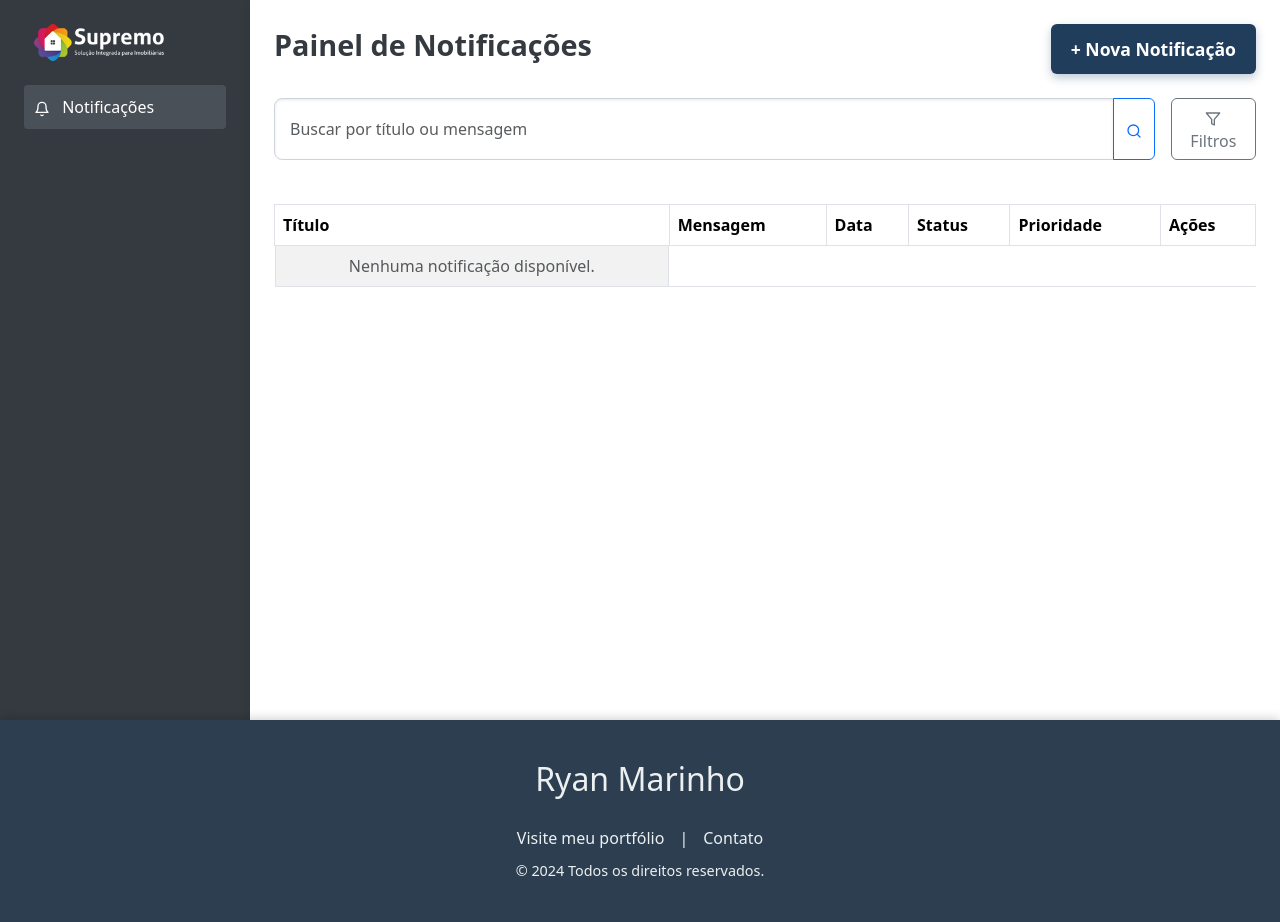
Repository: ryanmarinhodev/Supremo-teste-tecnico
Page: /notifications
The author's editor kept a copy of each file at every save. The page is drawn from the files as they stood at one save, then again after the next save.
The browser window is 1280 px wide. The pictures show the whole page.
The project was rebuilt for these pictures with package versions that can differ from the ones it lists, and the page was loaded fresh each time. Also part of the build but not shown: src/App.css, src/Components/Login/index.jsx.

Above is the page before, as saved 2024-11-07 19:53:41.

After the next save:
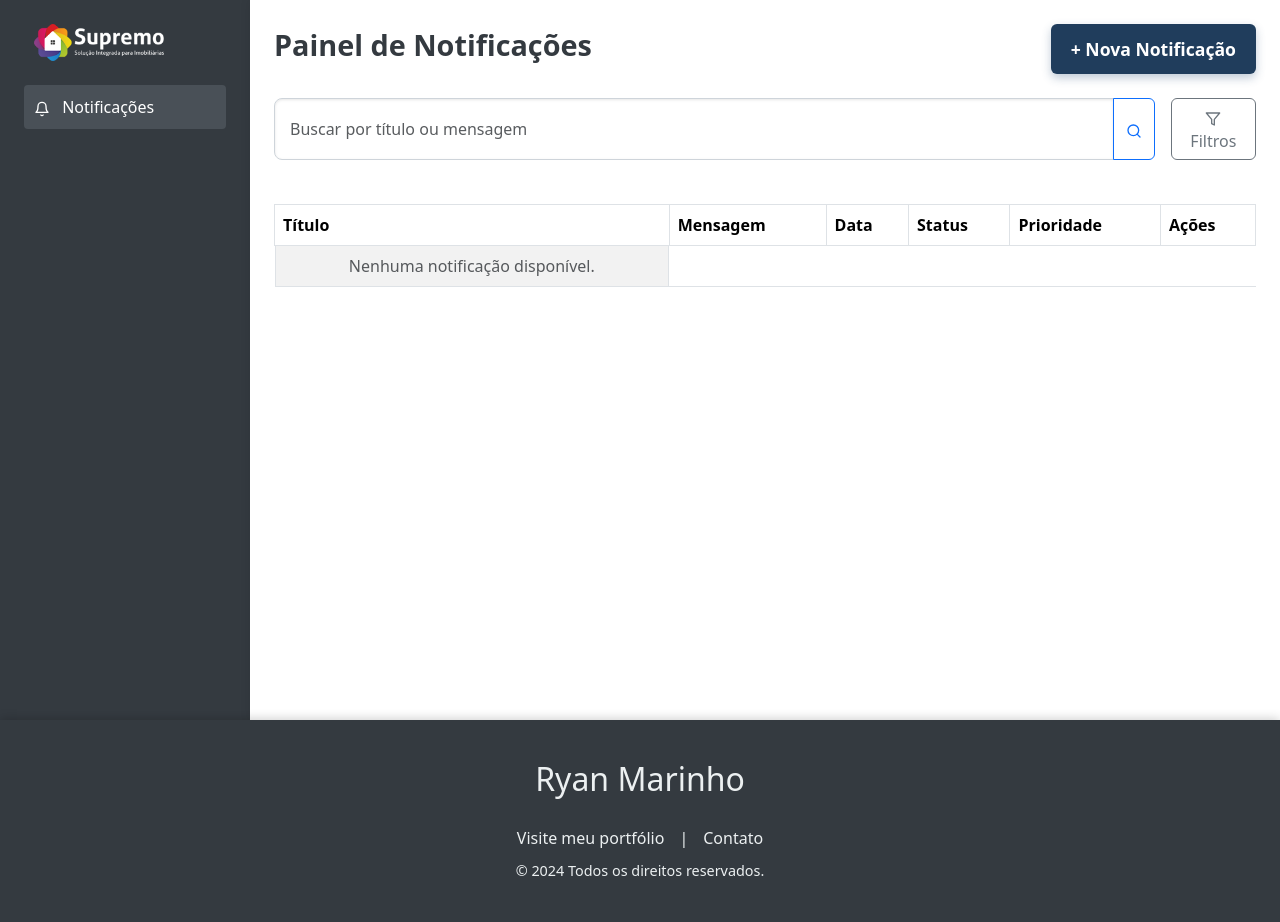
Saved 22 s later.
--- a/src/Components/Notifications/notification.css
+++ b/src/Components/Notifications/notification.css
@@ -204,7 +204,7 @@ button:hover {
   }
 
   .footer {
-    background-color: #2c3e50; /* Cor de fundo escura e elegante */
+    background-color: #343a40; /* Cor de fundo escura e elegante */
     color: #ecf0f1; /* Texto em cor clara para bom contraste */
     text-align: center; /* Centraliza o texto */
     padding: 40px 20px; /* Espaçamento em cima e embaixo */
